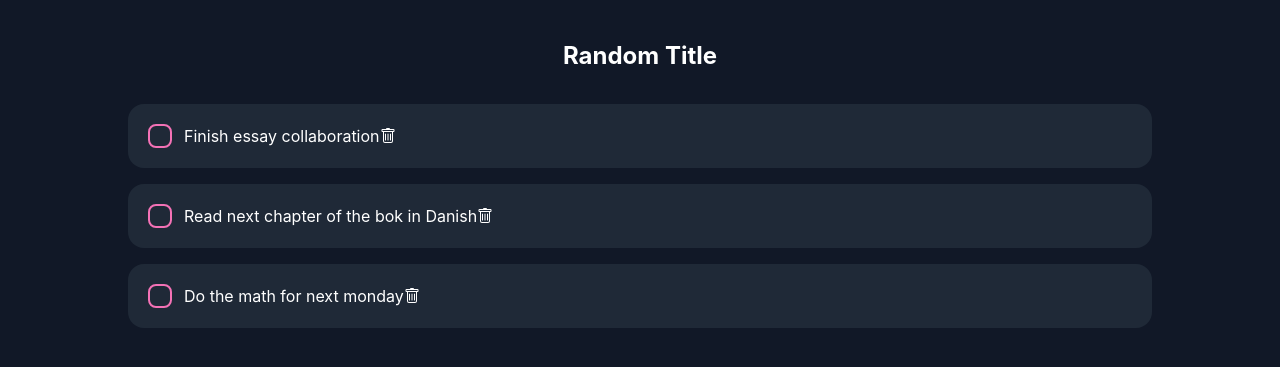
Repository: VachArt/react-exam-work
Page: /
An editor plug-in stored every save of this project. The page is shown before and after the next save, followed by the edit.
The browser window is 1280 px wide. The pictures show the whole page.
The project was rebuilt for these pictures with package versions that can differ from the ones it lists, and the page was loaded fresh each time.

Above is the page before, as saved 2022-04-27 21:13:03.

### src/index.jsx
import React from 'react'
import ReactDOM from 'react-dom/client'
import './index.css'
import Home from './components/pages/Home/Home'
import Layout from './components/layout/Layout'

const root = ReactDOM.createRoot(document.getElementById('root'));
root.render(
  <React.StrictMode>
    <Layout>
      <Home />
    </Layout>
  </React.StrictMode>
);

### src/components/pages/Home/Home.jsx
import React, { useState } from 'react'
import TodoItem from './item/TodoItem'

const data = [
    {
        _id: "efnejhj",
        title: "Finish essay collaboration",
        isCompleted: false,
    },
    {
        _id: "efnejhrrrr",
        title: "Read next chapter of the bok in Danish",
        isCompleted: false,
    },
    {
        _id: "efnejhj2323",
        title: "Do the math for next monday",
        isCompleted: false,
    }
]

const Home = () => {
    const [todos, setTodos] = useState(data)

    const changeTodo = (id) => {
        const copy = [...todos]
        const current = copy.find(t => t._id === id)
        current.isCompleted = !current.isCompleted
        setTodos(copy)
    }

    const removeTodo = id =>
        setTodos([...todos].filter(t => t.id !== id))

    return (
        <div className='text-white w-4/5 mx-auto'>
            <h1 className='text-2xl font-bold text-center mb-8'>Random Title</h1>
            {todos.map(todo => (
                <TodoItem
                    key={todo._id}
                    todo={todo}
                    changeTodo={changeTodo}
                    removeTodo={removeTodo}
                />
            ))}
        </div>
    )
}

export default Home

### src/components/layout/Layout.jsx
import React from 'react'

const Layout = ({ children }) => {
    return <div className='py-10 bg-gray-900 h-screen'>{children}</div>
}

export default Layout

### src/components/pages/Home/item/TodoItem.jsx
import React from 'react'
import Check from './Check'
import cn from 'classnames'
import {BsTrash} from 'react-icons/bs'

const TodoItem = ({todo, changeTodo}) => {
    return (
        <button className='flex items-center mb-4 rounded-2xl bg-gray-800 p-5 w-full'
            onClick={() => changeTodo(todo._id)}
        >
            <Check isCompleted={todo.isCompleted} />
            <span
                className={cn({
                    'line-through': todo.isCompleted,
                })}
            >
                {todo.title}
            </span>
            <BsTrash />
        </button>
    )
}



export default TodoItem

### src/components/pages/Home/item/Check.jsx
import React from 'react'
import {BsCheck} from 'react-icons/bs'
import cn from 'classnames'

const Check = ({isCompleted}) => {
    return (
        <div className={cn(`border-2 rounded-lg border-pink-400 w-6 h-6 mr-3 flex items-center justify-center`,
                {
                    'bg-pink-400': isCompleted,
                }
            )}
        >
            {isCompleted && <BsCheck size={24}
            className='text-gray-900'/>}
        </div>
    )
}

export default Check

Loaded but not shown: public/index.html (common file); src/index.css (common file); tailwind.config.js (common file)

After the next save:
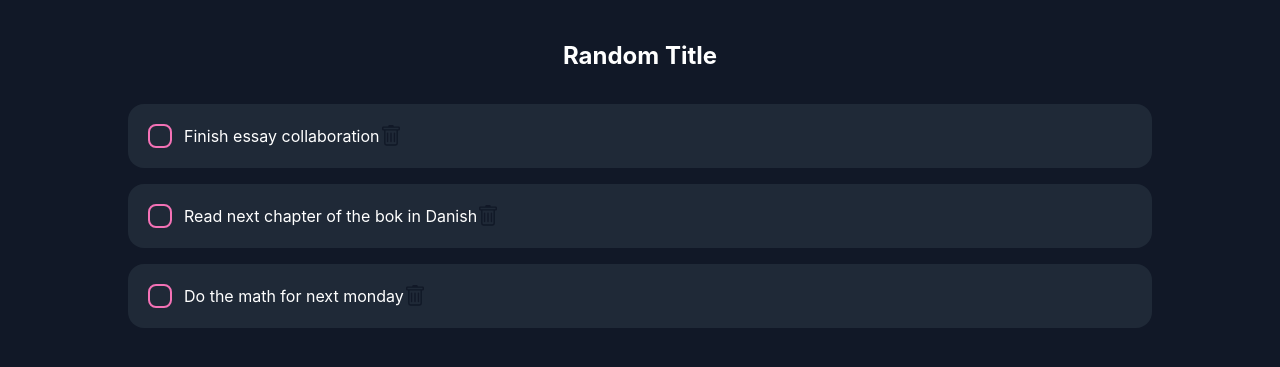
Saved 33 s later.
--- a/src/components/pages/Home/item/TodoItem.jsx
+++ b/src/components/pages/Home/item/TodoItem.jsx
@@ -16,7 +16,7 @@ const TodoItem = ({todo, changeTodo}) => {
             >
                 {todo.title}
             </span>
-            <BsTrash />
+            <BsTrash size={22} className='text-gray-900' />
         </button>
     )
 }
